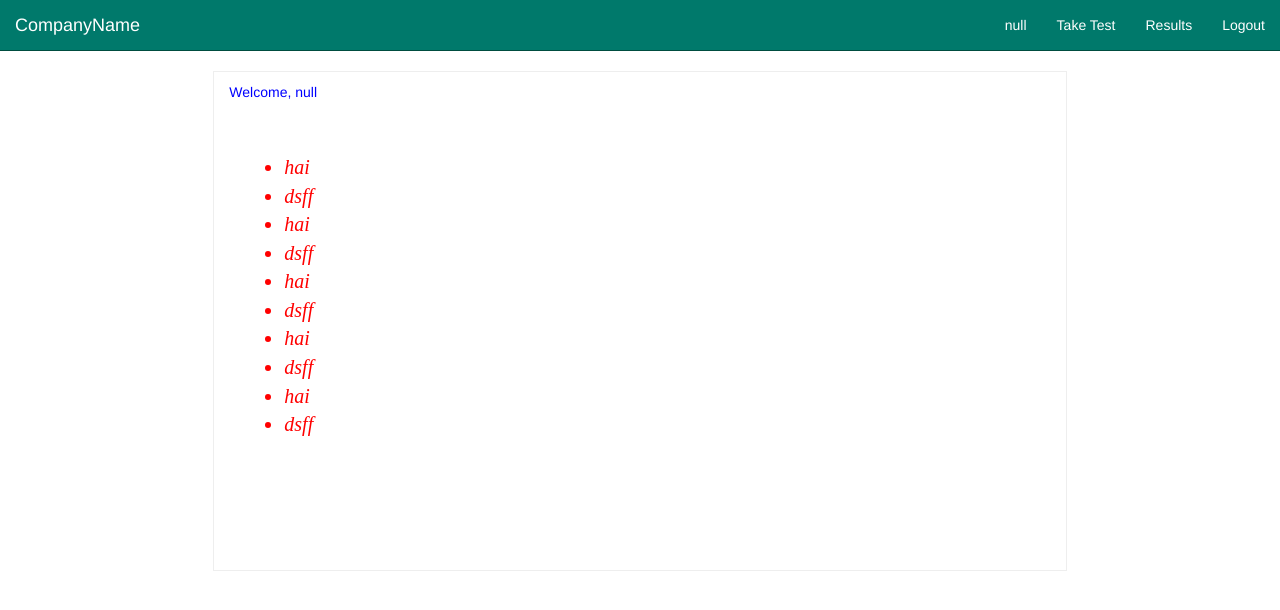
Repository: jayakumar721/projects
Page: http://localhost/TestEngine/dashboard.jsp
These files come from the project's save history. The page is drawn as it stood at one moment and after the next save; the edit follows.
The browser window is 1280 px wide. The pictures show the whole page.
Some web libraries are served in a nearby version. The page is served by Tomcat 9.

Above is the page before, as saved 2017-11-28 04:18:09.

After the next save:
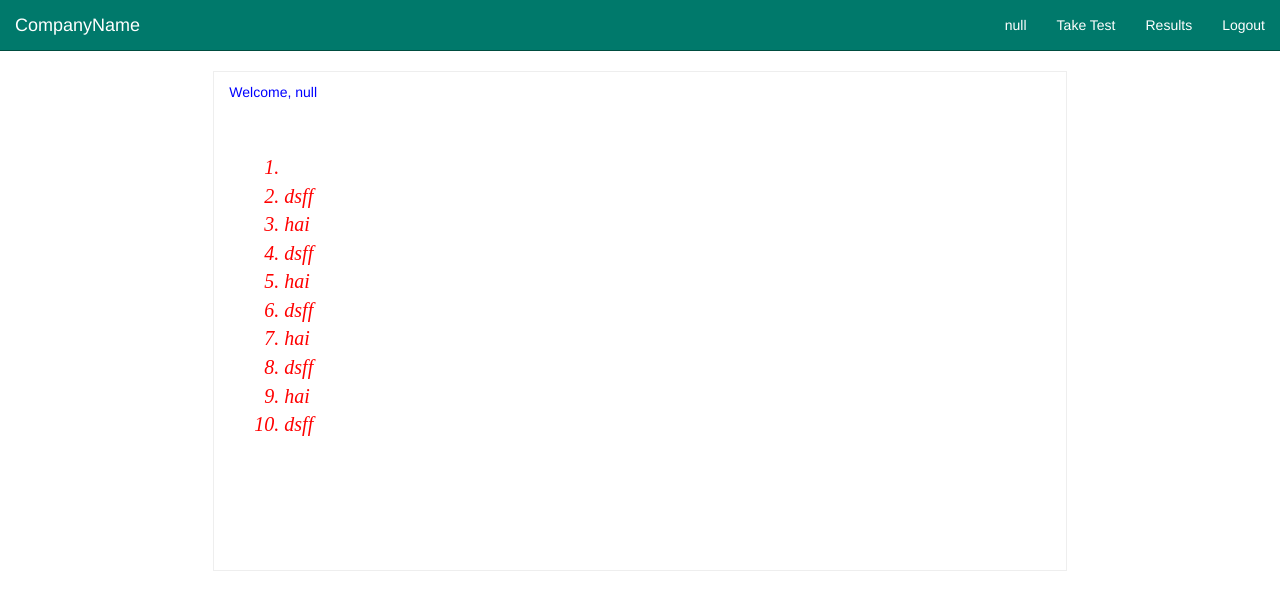
Saved 89 s later.
--- a/TestEngine/WebContent/dashboard.jsp
+++ b/TestEngine/WebContent/dashboard.jsp
@@ -91,8 +91,8 @@ color
 			<%=session.getAttribute("name")%></div>
 			<div class="col-sm-2"></div>
 		<div class="col-sm-6" style="font-family:timesnewroman;font-size:20px;font-style:italic;width: 100%; height: 300px; color: red; margin-top: 50px">
-			<ul>
-				<li>hai</li>
+			<ol style="list-style-type:number">
+				<li></li>
 				<li>dsff</li>
 				<li>hai</li>
 				<li>dsff</li>
@@ -102,7 +102,7 @@ color
 				<li>dsff</li>
 				<li>hai</li>
 				<li>dsff</li>
-			</ul>
+			</ol>
 		</div>
 	</div>
 
